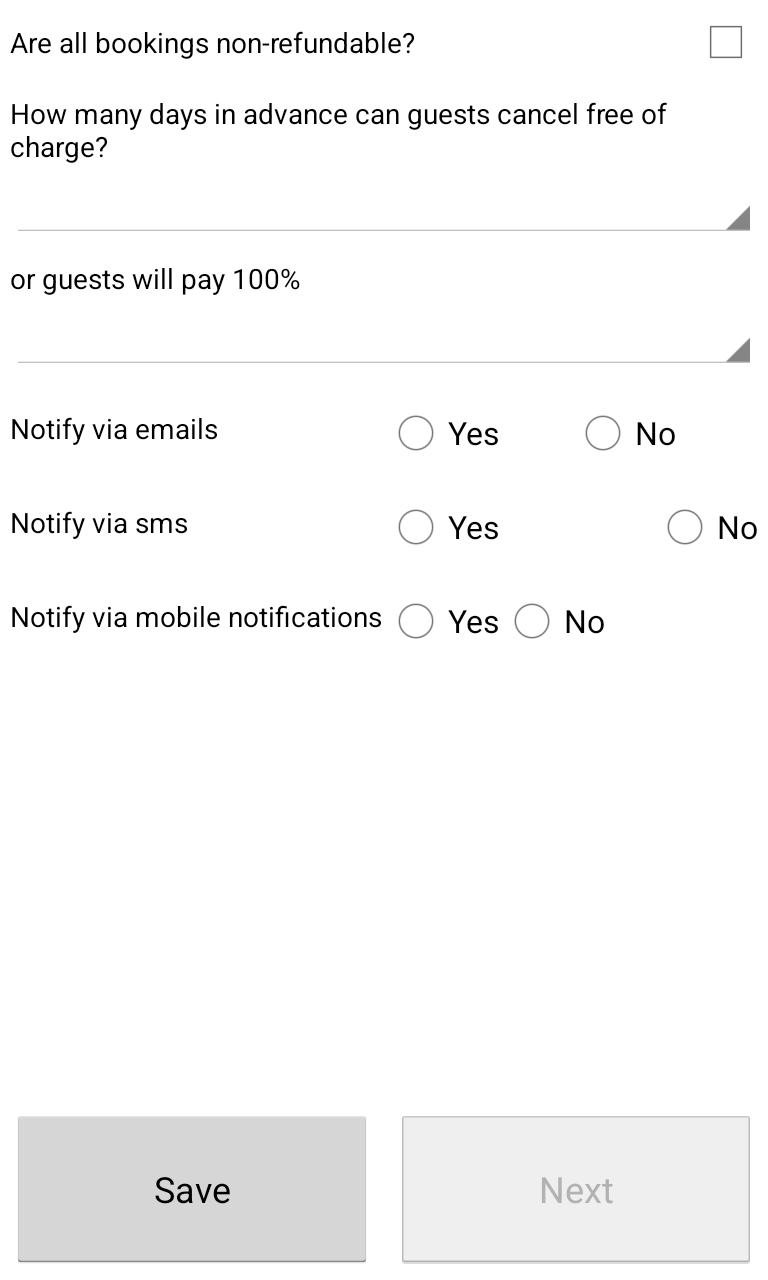
Repository: pankajk7/hotel_mockup
Layout: Hotel_MockUp/res/layout/cancellation_policy_layout.xml
The author's editor kept a copy of each file at every save. The layout is drawn from the files as they stood at one save, then again after the next save.
It is drawn on a 768 x 1280 px phone screen (xhdpi) without system bars, with theme AppTheme; the app's code is not run.

Above is the layout before, as saved 2014-11-05 09:10:40.

After the next save:
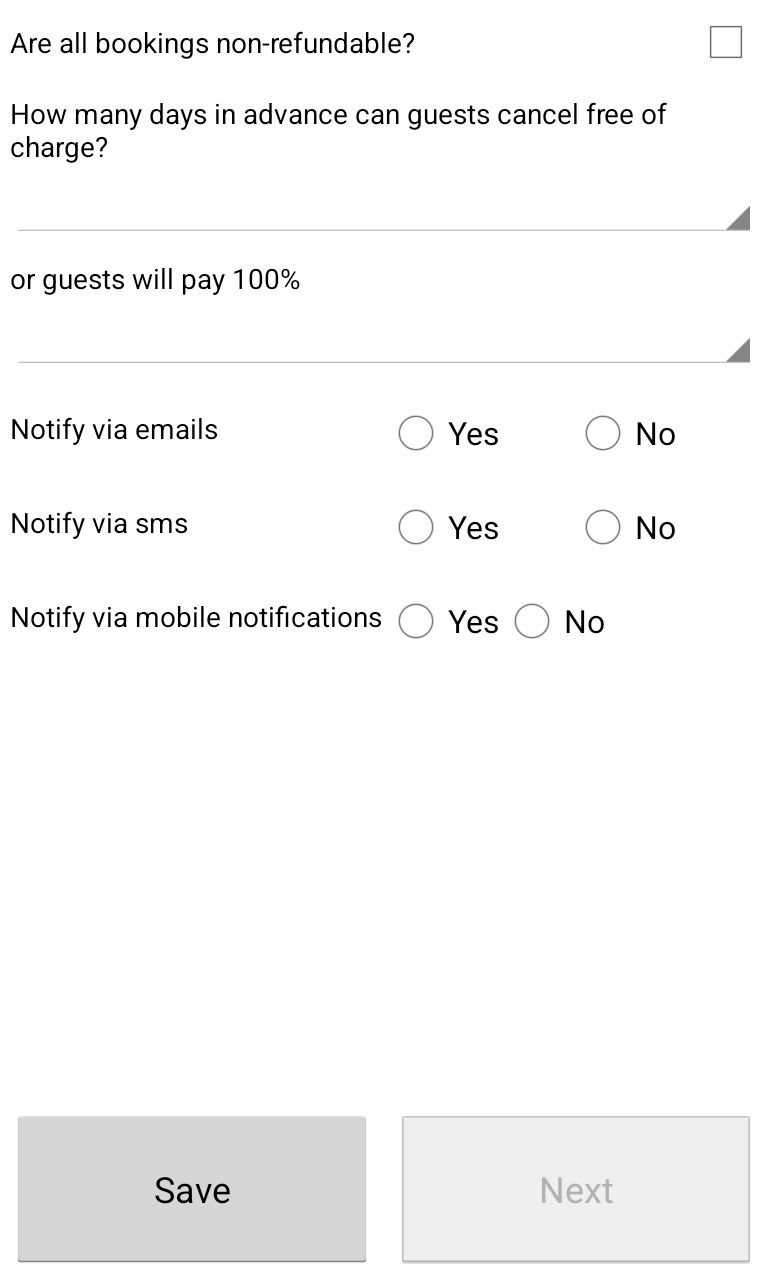
Saved 16 s later.
--- a/Hotel_MockUp/res/layout/cancellation_policy_layout.xml
+++ b/Hotel_MockUp/res/layout/cancellation_policy_layout.xml
@@ -161,7 +161,11 @@
 
                     <RadioButton
                         android:id="@+id/radiobutton_cancellation_policy_smsNo"
-                        android:text="No" />
+                        android:layout_width="match_parent"
+                        android:layout_height="wrap_content"
+                        android:layout_weight="1"
+                        android:text="No"
+                        android:textColor="#000" />
                 </RadioGroup>
             </LinearLayout>
 
